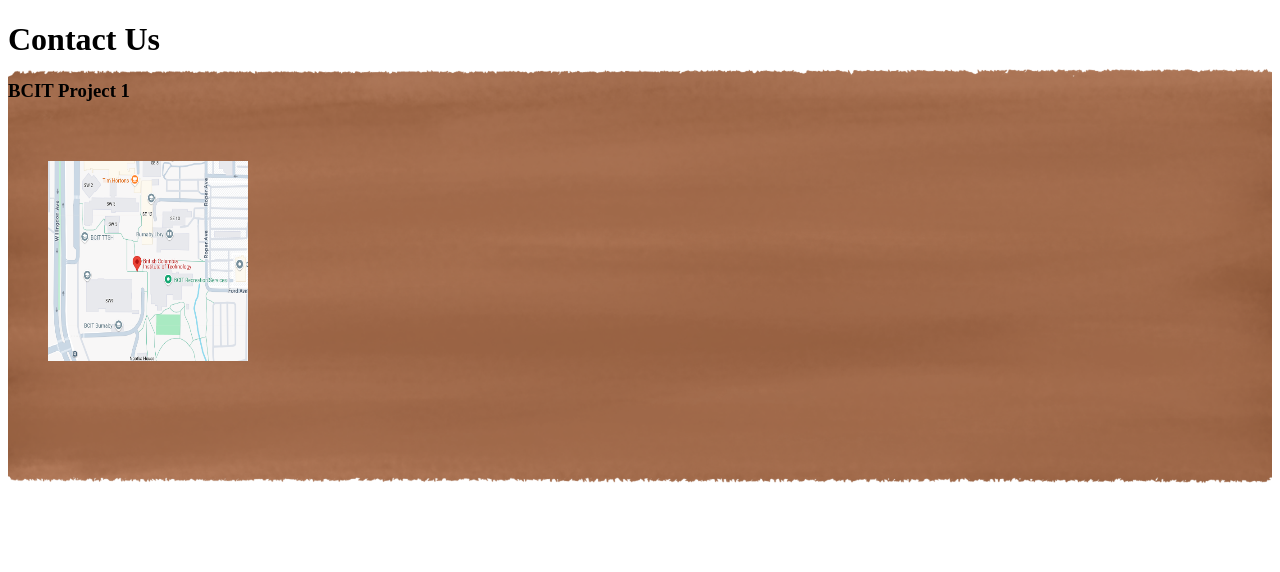
Repository: AlyssaHug/Bandit-Breakout
Page: index.html
An editor plug-in stored every save of this project. The page is shown before and after the next save, followed by the edit.
The browser window is 1280 px wide. The pictures show the whole page.
Some web fonts or font styles are not loaded; a fallback is used.

Above is the page before, as saved 2025-05-06 22:46:32.

After the next save:
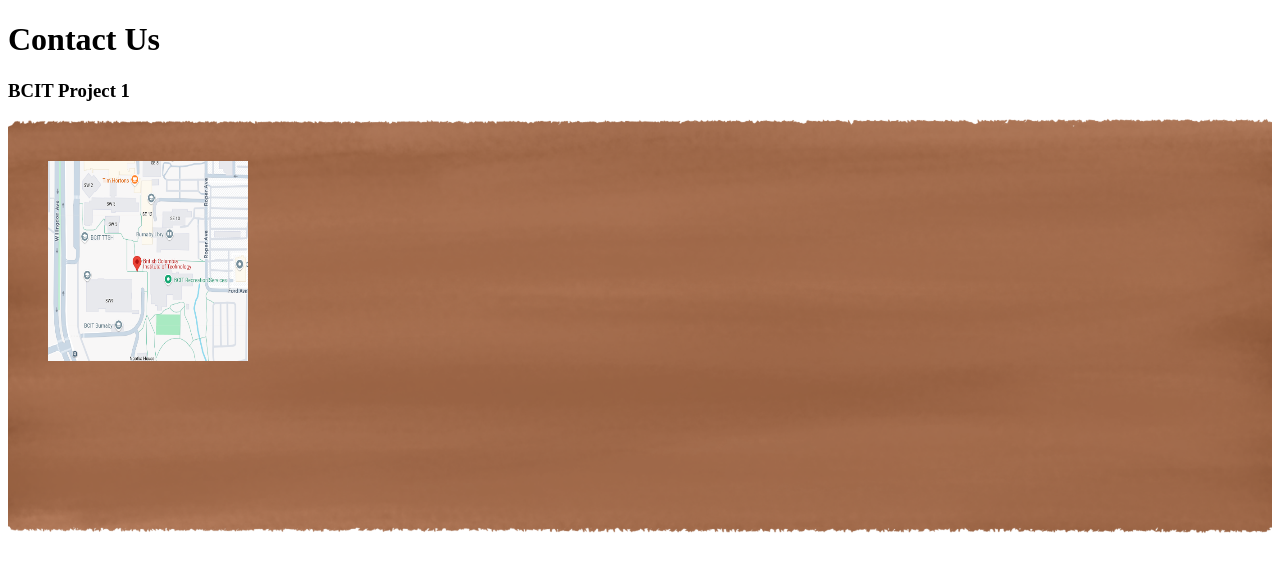
Saved 10 s later.
--- a/styles.css
+++ b/styles.css
@@ -30,7 +30,7 @@
     background-size: cover;
     background-repeat: no-repeat;
     background-position: center;
-    min-height: 500px;
+    min-height: 600px;
     width: 100%;
     margin: 0;
     padding: 0;

After the save that followed:
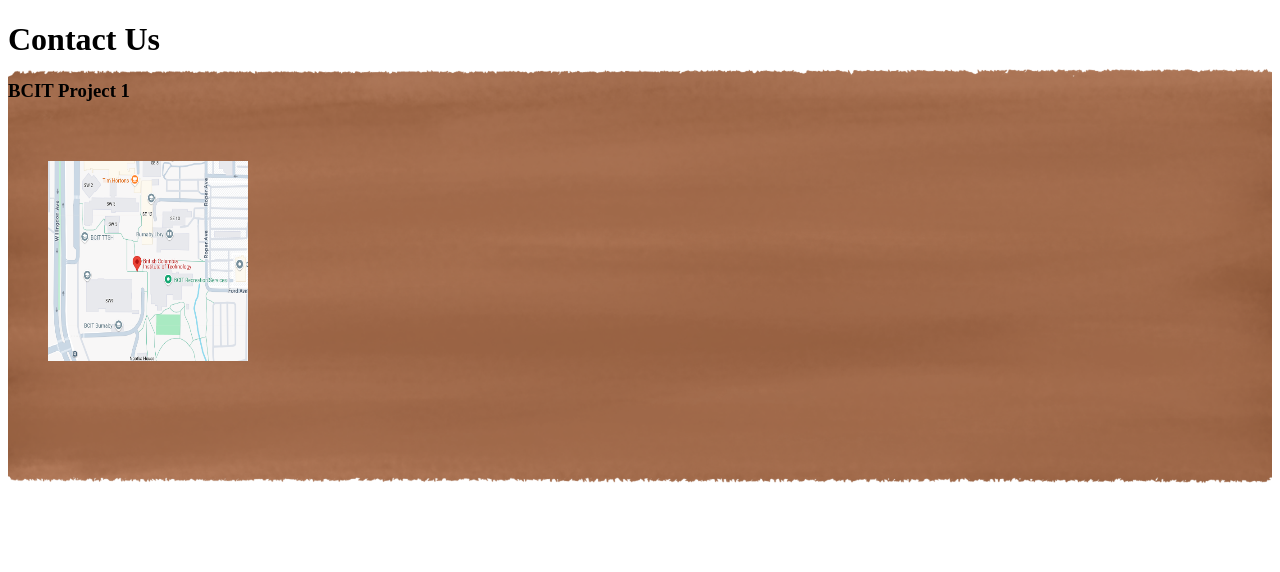
Saved 5 s later.
--- a/styles.css
+++ b/styles.css
@@ -30,7 +30,7 @@
     background-size: cover;
     background-repeat: no-repeat;
     background-position: center;
-    min-height: 600px;
+    min-height: 500px;
     width: 100%;
     margin: 0;
     padding: 0;
